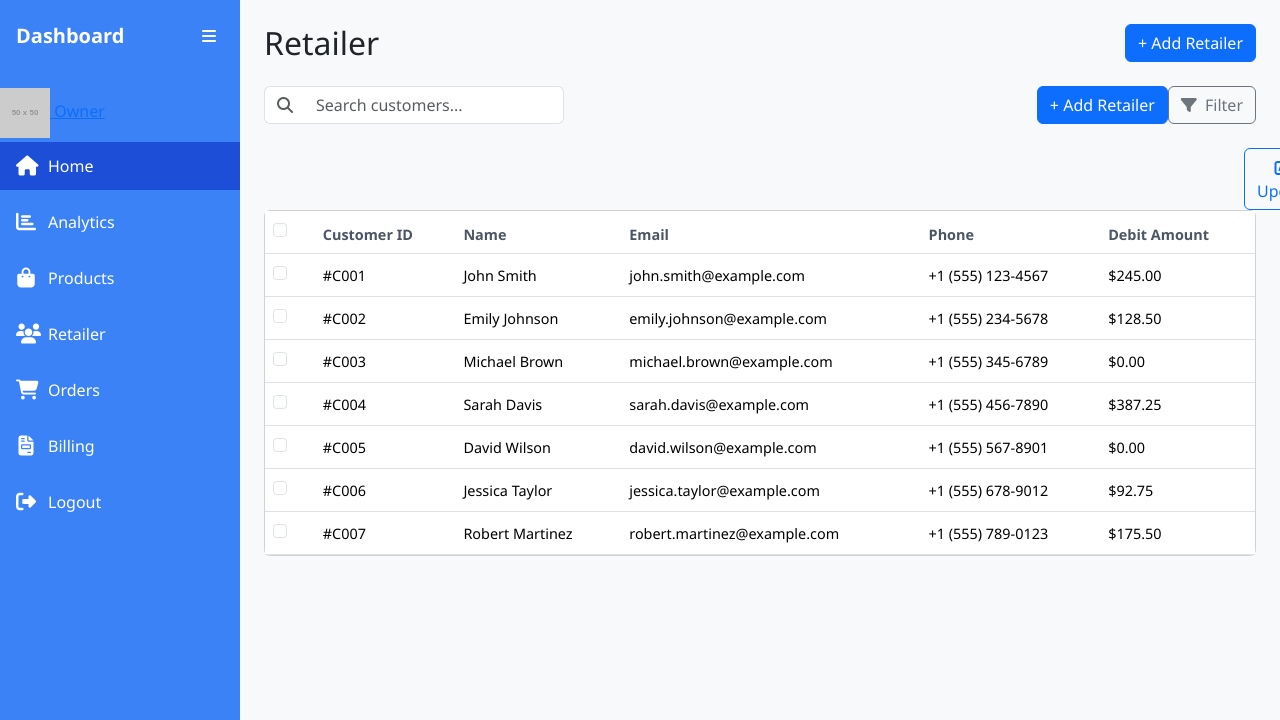
Repository: AditiAjitSalvi/Inventory_Managment
Page: Inventory_Managment_System/Inventory/src/main/webapp/NewFile.html
These files come from the project's save history. The page is drawn as it stood at one moment and after the next save; the edit follows.
The browser window is 1280 px wide. The pictures show the whole page.

Above is the page before, as saved 2025-06-01 11:35:30.

After the next save:
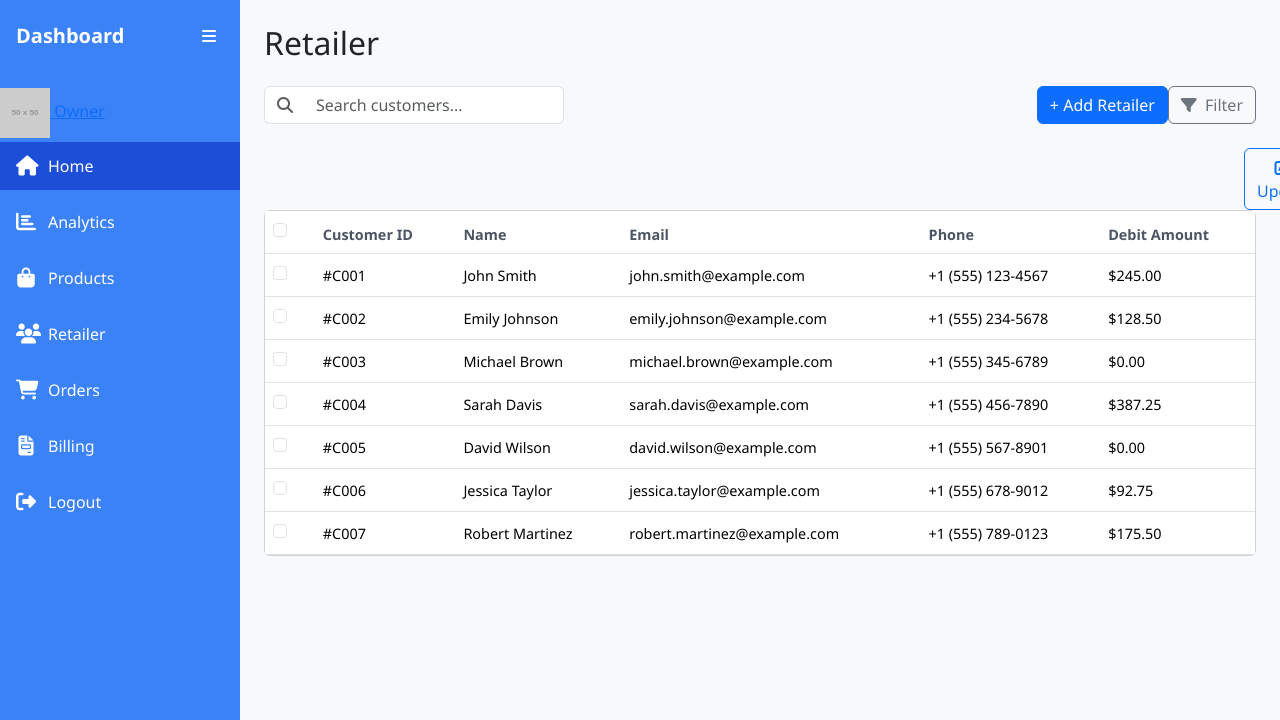
Saved 46 s later.
--- a/Inventory_Managment_System/Inventory/src/main/webapp/NewFile.html
+++ b/Inventory_Managment_System/Inventory/src/main/webapp/NewFile.html
@@ -294,7 +294,7 @@ body {
 					<h2 class="m-0">Retailer</h2>
 					<div class="btn-group">
 
-						<button class="btn btn-primary">+ Add Retailer</button>
+
 					</div>
 				</div>
 
